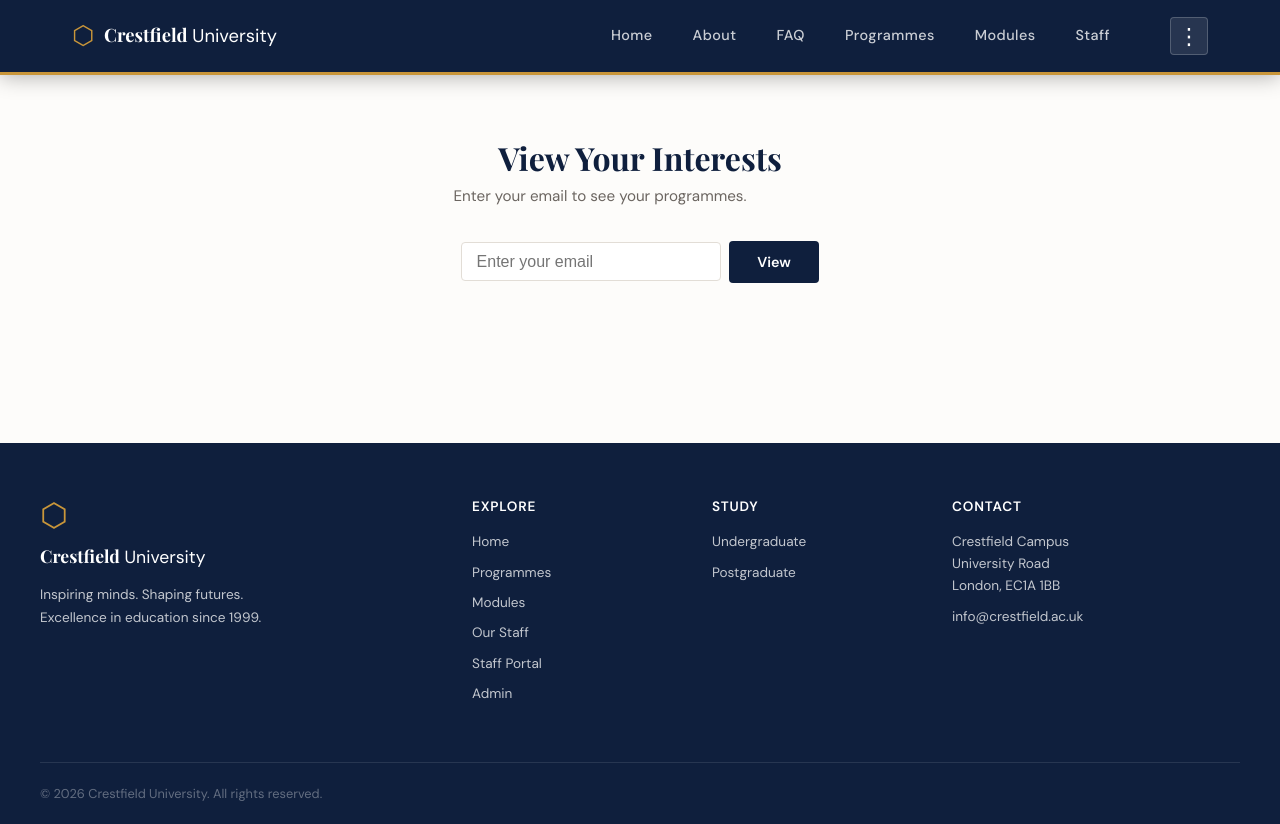
Repository: dowrinprity-blip/Web-Project
Page: http://localhost/University/my-interests.php
These files come from the project's save history. The page is drawn as it stood at one moment and after a run of saves; the edit follows.
The browser window is 1280 px wide. The pictures show the whole page.
The page is run by PHP 8.4 with error messages shown; the project is at /var/www/html/.

Above is the page before, as saved 2026-03-25 21:01:05.

### my-interests.php
<?php
require_once 'includes/db.php';
$page_title = 'My Interests';

// ✅ Auto-detect email (GET or POST)
$email = $_GET['email'] ?? ($_POST['email'] ?? '');

// ✅ REMOVE INTEREST (must be BEFORE any output)
if (isset($_GET['remove']) && isset($_GET['email'])) {
    $removeID = (int) $_GET['remove'];
    $email    = $_GET['email'];

    $stmt = $conn->prepare("DELETE FROM interestedstudents WHERE ProgrammeID = ? AND Email = ?");
    $stmt->bind_param("is", $removeID, $email);
    $stmt->execute();

    header("Location: my-interests.php?email=" . urlencode($email));
    exit;
}

include 'includes/header.php';

// Initialize array
$interests = [];

// ✅ FETCH DATA (works for both GET + POST)
if (!empty($email)) {

    $stmt = $conn->prepare("
        SELECT
            p.ProgrammeID,
            p.ProgrammeName,
            p.Description,
            p.Image,
            i.StudentName,
            i.RegisteredAt
        FROM interestedstudents i
        JOIN Programmes p ON i.ProgrammeID = p.ProgrammeID
        WHERE i.Email = ?
        ORDER BY i.RegisteredAt DESC
    ");
    $stmt->bind_param("s", $email);
    $stmt->execute();
    $result = $stmt->get_result();

    while ($row = $result->fetch_assoc()) {
        $interests[] = $row;
    }
}
?>

<section class="section">
    <div class="section-inner" style="max-width:1000px;margin:0 auto;">

        <div class="section-header" style="text-align:center;max-width:600px;margin:0 auto 2rem auto;">
    <h2 style="margin:0;line-height:1.2;">
        View Your Interests
    </h2>

    <p style="margin:.4rem 0 0 0;color:var(--text-muted);font-size:.95rem;">
        Enter your email to see your programmes.
    </p>
</div>

        <!-- FORM -->
        <form method="POST" action=""
      style="display:flex;justify-content:center;align-items:center;gap:.5rem;margin-bottom:2rem;">

    <input type="email" name="email"
           placeholder="Enter your email"
           value="<?= htmlspecialchars($email) ?>"
           required
           style="padding:.6rem .9rem;font-size:1rem;width:260px;border:1px solid var(--border);border-radius:var(--radius);">

    <button type="submit" class="btn btn-navy">
        View
    </button>
</form>

        <?php if (!empty($email)): ?>

            <?php if (!empty($interests)): ?>

                <div class="cards-grid">

                    <?php foreach ($interests as $i): ?>

                        <?php $img = !empty($i['Image']) ? $i['Image'] : 'uploads/placeholder.jpg'; ?>

                        <div class="card">

                            <div class="card-colour-bar"></div>

                            <img src="<?= htmlspecialchars($img) ?>"
                                 alt="<?= htmlspecialchars($i['ProgrammeName']) ?>">

                            <div class="card-body">
                                <h3><?= htmlspecialchars($i['ProgrammeName']) ?></h3>

                                <p>
                                    <?= htmlspecialchars(substr($i['Description'], 0, 100)) ?>…
                                </p>
                            </div>

                            <!-- ✅ NEW FOOTER -->
                            <div class="card-footer">

                                <span>
                                    <?= date('d M Y', strtotime($i['RegisteredAt'])) ?>
                                </span>

                                <div style="display:flex;gap:.4rem;align-items:center;">

                                    <!-- Go -->
                                    <a href="programme_detail.php?id=<?= $i['ProgrammeID'] ?>" title="View" class="btn-go">
                                        →
                                    </a>

                                    <!-- Remove -->
                                    <a href="my-interests.php?remove=<?= $i['ProgrammeID'] ?>&email=<?= urlencode($email) ?>"
                                       class="btn-danger"
                                       onclick="return confirm('Remove this interest?')">
                                       ✕
                                    </a>

                                </div>

                            </div>

                        </div>

                    <?php endforeach; ?>

                </div>

            <?php else: ?>

                <p style="text-align:center;color:red;font-weight:600;">
                    No interests found for <strong><?= htmlspecialchars($email) ?></strong>
                </p>

            <?php endif; ?>

        <?php endif; ?>

    </div>
</section>

<?php include 'includes/footer.php'; ?>

### includes/db.php
<?php
require_once __DIR__ . '/config.php';

// Create connection
function getDBConnection() {
    $conn = new mysqli(DB_HOST, DB_USER, DB_PASS, DB_NAME);

    if ($conn->connect_error) {
        die("Connection failed: " . $conn->connect_error);
    }

    $conn->set_charset("utf8mb4");
    return $conn;
}

// Global connection
$conn = getDBConnection();

function checkDatabaseExists() {
    $conn = new mysqli(DB_HOST, DB_USER, DB_PASS);
    $result = $conn->query("SELECT SCHEMA_NAME FROM INFORMATION_SCHEMA.SCHEMATA WHERE SCHEMA_NAME = '" . DB_NAME . "'");
    return $result->num_rows > 0;
}
?>

### includes/config.php
<?php
/**
 * Central Configuration File - Load this first in all includes
 */

// ==================== BASE URL DETECTION ====================
if (!function_exists('detectBaseUrl')) {
    function detectBaseUrl() {
        $protocol = isset($_SERVER['HTTPS']) && $_SERVER['HTTPS'] === 'on' ? 'https://' : 'http://';
        $host = $_SERVER['HTTP_HOST'];
        $scriptName = $_SERVER['SCRIPT_NAME'];

        $basePath = dirname(dirname($scriptName));
        $basePath = str_replace('\\', '/', $basePath);

        if ($basePath == '/' || $basePath == '\\') {
            $basePath = '';
        }

        return rtrim($protocol . $host . $basePath, '/');
    }
}

if (!defined('BASE_URL')) {
    define('BASE_URL', 'http://localhost/University');
}

// ==================== DATABASE CONSTANTS ====================
if (!defined('DB_HOST')) {
    define('DB_HOST', 'localhost');
    define('DB_USER', 'root');
    define('DB_PASS', '');
    define('DB_NAME', 'student_course_hub');
}
?>

### includes/header.php
<?php
$current_page = basename($_SERVER['PHP_SELF']);
if (!function_exists('isStudentLoggedIn')) {
    require_once __DIR__ . '/auth.php';
}

$staffLoggedIn   = function_exists('isStaffLoggedIn')   && isStaffLoggedIn();
$studentLoggedIn = function_exists('isStudentLoggedIn') && isStudentLoggedIn();
$adminLoggedIn   = function_exists('isAdminLoggedIn')   && isAdminLoggedIn();
?>
<!DOCTYPE html>
<html lang="en">
<head>
    <meta charset="UTF-8">
    <meta name="viewport" content="width=device-width, initial-scale=1.0">
    <title><?= isset($page_title) ? htmlspecialchars($page_title) . ' — ' : '' ?>Crestfield University</title>
    <link rel="preconnect" href="https://fonts.googleapis.com">
    <link rel="preconnect" href="https://fonts.gstatic.com" crossorigin>
    <link href="https://fonts.googleapis.com/css2?family=Playfair+Display:wght@400;600;700;900&family=DM+Sans:wght@300;400;500;600&display=swap" rel="stylesheet">
    <link rel="stylesheet" href="<?= BASE_URL ?>/css/style.css">
    <style>
        .portal-menu-wrap { position: relative; margin-left: .5rem; }
        .portal-dots-btn {
            background: rgba(255,255,255,.1);
            border: 1px solid rgba(255,255,255,.2);
            color: #fff; border-radius: var(--radius);
            width: 38px; height: 38px;
            display: flex; align-items: center; justify-content: center;
            cursor: pointer; font-size: 1.4rem; transition: background .2s; flex-shrink: 0;
        }
        .portal-dots-btn:hover { background: rgba(201,150,58,.25); }
        .portal-dropdown {
            display: none; position: absolute; right: 0; top: calc(100% + 10px);
            background: #fff; border-radius: var(--radius-lg);
            box-shadow: 0 12px 40px rgba(11,29,58,.22);
            min-width: 230px; overflow: hidden; z-index: 500;
            border: 1px solid var(--border);
        }
        .portal-dropdown.open { display: block; }
        .portal-dropdown-header {
            background: var(--navy); color: rgba(255,255,255,.6);
            font-size: .68rem; font-weight: 700; letter-spacing: .1em;
            text-transform: uppercase; padding: .65rem 1.1rem;
        }
        .portal-dropdown a {
            display: flex; align-items: center; gap: .75rem;
            padding: .75rem 1.1rem; font-size: .88rem; font-weight: 500;
            color: var(--navy); border-bottom: 1px solid #f5f2ee; transition: background .15s;
        }
        .portal-dropdown a:last-child { border-bottom: none; }
        .portal-dropdown a:hover { background: #fdf9f3; }
        .portal-dropdown a .pd-icon { font-size: 1rem; width: 22px; text-align: center; }
        .portal-dropdown a .pd-label { flex: 1; }
        .portal-dropdown a .pd-arrow { font-size: .8rem; color: var(--gold); }
        .portal-dropdown a.pd-active { background: #fdf6e3; font-weight: 600; }
        .portal-dropdown a.pd-logout { color: #922b21; }
        .portal-dropdown a.pd-logout:hover { background: #fdecea; }
    </style>
</head>
<body>

<header class="site-header">
    <div class="header-inner">
        <a href="<?= BASE_URL ?>/index.php" class="logo">
            <span class="logo-crest">⬡</span>
            <span class="logo-text"><strong>Crestfield</strong> University</span>
        </a>

        <nav class="main-nav">
            <a href="<?= BASE_URL ?>/index.php"           class="<?= $current_page === 'index.php'           ? 'active' : '' ?>">Home</a>
            <a href="<?= BASE_URL ?>/index.php#about">About</a>
            <a href="<?= BASE_URL ?>/index.php#faq">FAQ</a>
            <a href="<?= BASE_URL ?>/programmes.php"      class="<?= $current_page === 'programmes.php'      ? 'active' : '' ?>">Programmes</a>
            <a href="<?= BASE_URL ?>/modules.php"         class="<?= $current_page === 'modules.php'         ? 'active' : '' ?>">Modules</a>
            <a href="<?= BASE_URL ?>/staff_directory.php" class="<?= $current_page === 'staff_directory.php' ? 'active' : '' ?>">Staff</a>
        </nav>

        <!-- 3-dot portal menu -->
        <div class="portal-menu-wrap">
            <button class="portal-dots-btn" onclick="togglePortalMenu()" aria-label="Portal menu" title="Login / My Portal">⋮</button>

            <div class="portal-dropdown" id="portal-dropdown">

                <?php if ($adminLoggedIn): ?>
                <div class="portal-dropdown-header">Admin Portal</div>
                <a href="<?= BASE_URL ?>/admin/index.php" class="pd-active">
                    <span class="pd-icon">🛡️</span><span class="pd-label">Admin Dashboard</span><span class="pd-arrow">→</span>
                </a>
                <a href="<?= BASE_URL ?>/admin/logout.php" class="pd-logout">
                    <span class="pd-icon">⏻</span><span class="pd-label">Sign Out</span>
                </a>

                <?php elseif ($staffLoggedIn): ?>
                <?php $sd = getLoggedInStaff(); ?>
                <div class="portal-dropdown-header">Staff Portal</div>
                <a href="<?= BASE_URL ?>/staff/dashboard.php" class="pd-active">
                    <span class="pd-icon">👤</span><span class="pd-label"><?= htmlspecialchars($sd['Name'] ?? 'My Portal') ?></span><span class="pd-arrow">→</span>
                </a>
                <a href="<?= BASE_URL ?>/staff/profile.php">
                    <span class="pd-icon">✏️</span><span class="pd-label">My Profile</span><span class="pd-arrow">→</span>
                </a>
                <a href="<?= BASE_URL ?>/staff/my_modules.php">
                    <span class="pd-icon">📚</span><span class="pd-label">My Modules</span><span class="pd-arrow">→</span>
                </a>
                <a href="<?= BASE_URL ?>/staff/logout.php" class="pd-logout">
                    <span class="pd-icon">⏻</span><span class="pd-label">Sign Out</span>
                </a>

                <?php elseif ($studentLoggedIn): ?>
                <?php $stu = getLoggedInStudent(); ?>
                <div class="portal-dropdown-header">Student Portal</div>
                <a href="<?= BASE_URL ?>/student/dashboard.php" class="pd-active">
                    <span class="pd-icon">🎓</span><span class="pd-label"><?= htmlspecialchars($stu['FullName'] ?? 'My Portal') ?></span><span class="pd-arrow">→</span>
                </a>
                <a href="<?= BASE_URL ?>/student/my_profile.php">
                    <span class="pd-icon">👤</span><span class="pd-label">My Profile</span><span class="pd-arrow">→</span>
                </a>
                <a href="<?= BASE_URL ?>/student/my_interests.php">
                    <span class="pd-icon">⭐</span><span class="pd-label">My Interests</span><span class="pd-arrow">→</span>
                </a>
                <a href="<?= BASE_URL ?>/student/logout.php" class="pd-logout">
                    <span class="pd-icon">⏻</span><span class="pd-label">Sign Out</span>
                </a>

                <?php else: ?>
                <a href="<?= BASE_URL ?>/my-interests.php">
    <span class="pd-icon">⭐</span>
    <span class="pd-label">View My Interests</span>
    <span class="pd-arrow">→</span>
</a>

                <div class="portal-dropdown-header">Student Access</div>
                <a href="<?= BASE_URL ?>/student/login.php">
                    <span class="pd-icon">🎓</span><span class="pd-label">Student Login</span><span class="pd-arrow">→</span>
                </a>

                <div class="portal-dropdown-header">Staff Access</div>
                <a href="<?= BASE_URL ?>/staff/login.php">
                    <span class="pd-icon">👔</span><span class="pd-label">Staff Login</span><span class="pd-arrow">→</span>
                </a>
                <div class="portal-dropdown-header">Admin Access</div>
                <a href="<?= BASE_URL ?>/admin/login.php">
                    <span class="pd-icon">🛡️</span><span class="pd-label">Admin Login</span><span class="pd-arrow">→</span>
                </a>
                <?php endif; ?>

            </div>
        </div>

        <button class="nav-toggle" onclick="document.querySelector('.main-nav').classList.toggle('open')">☰</button>
    </div>
</header>

<script>
function togglePortalMenu() {
    document.getElementById('portal-dropdown').classList.toggle('open');
}
document.addEventListener('click', function(e) {
    var wrap = document.querySelector('.portal-menu-wrap');
    if (wrap && !wrap.contains(e.target)) {
        document.getElementById('portal-dropdown').classList.remove('open');
    }
});
</script>

### includes/footer.php
<footer class="site-footer">
    <div class="footer-inner">
        <div class="footer-brand">
            <span class="logo-crest">⬡</span>
            <span class="logo-text"><strong>Crestfield</strong> University</span>
            <p>Inspiring minds. Shaping futures.<br>Excellence in education since 1999.</p>
        </div>
        <div class="footer-links">
            <h4>Explore</h4>
            <a href="<?= BASE_URL ?>/index.php">Home</a>
            <a href="<?= BASE_URL ?>/programmes.php">Programmes</a>
            <a href="<?= BASE_URL ?>/modules.php">Modules</a>
            <a href="<?= BASE_URL ?>/staff_directory.php">Our Staff</a>
            <a href="<?= BASE_URL ?>/staff_portal.php">Staff Portal</a>
            <a href="<?= BASE_URL ?>/admin/login.php">Admin</a>
        </div>
        <div class="footer-links">
            <h4>Study</h4>
            <a href="<?= BASE_URL ?>/programmes.php?level=1">Undergraduate</a>
            <a href="<?= BASE_URL ?>/programmes.php?level=2">Postgraduate</a>
        </div>
        <div class="footer-contact">
            <h4>Contact</h4>
            <p>Crestfield Campus<br>University Road<br>London, EC1A 1BB</p>
            <p>info@crestfield.ac.uk</p>
        </div>
    </div>
    <div class="footer-bottom">
        <p>&copy; <?= date('Y') ?> Crestfield University. All rights reserved.</p>
    </div>
</footer>
<script src="<?= BASE_URL ?>/js/main.js"></script>
</body>
</html>

Loaded but not shown: js/main.js (22 lines, source omitted); css/style.css (631 lines, source omitted); includes/auth.php (554 lines, source omitted)

After the next 2 saves:
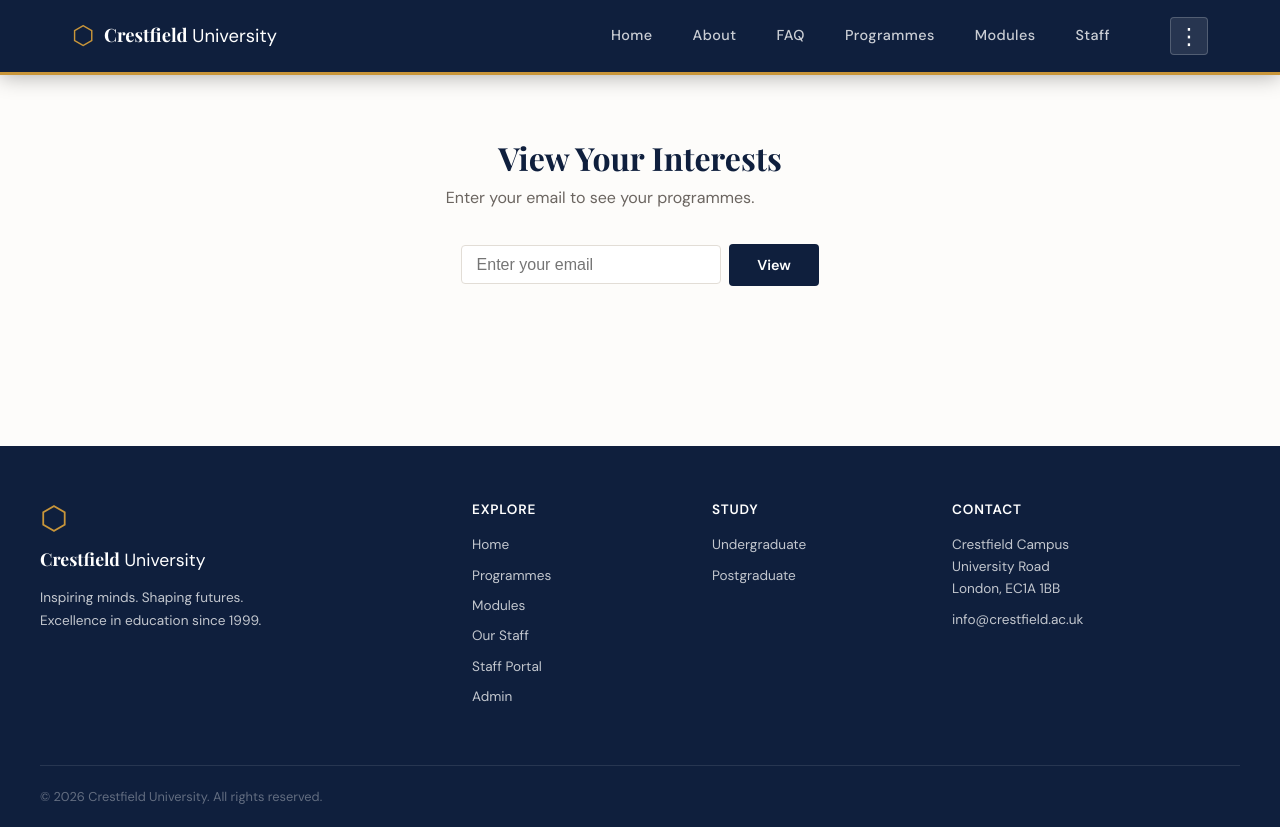
The 2 saves are shown as one change because they came seconds apart.
The last was saved 39 s later.
--- a/my-interests.php
+++ b/my-interests.php
@@ -57,7 +57,7 @@ if (!empty($email)) {
         View Your Interests
     </h2>
 
-    <p style="margin:.4rem 0 0 0;color:var(--text-muted);font-size:.95rem;">
+    <p style="">
         Enter your email to see your programmes.
     </p>
 </div>
